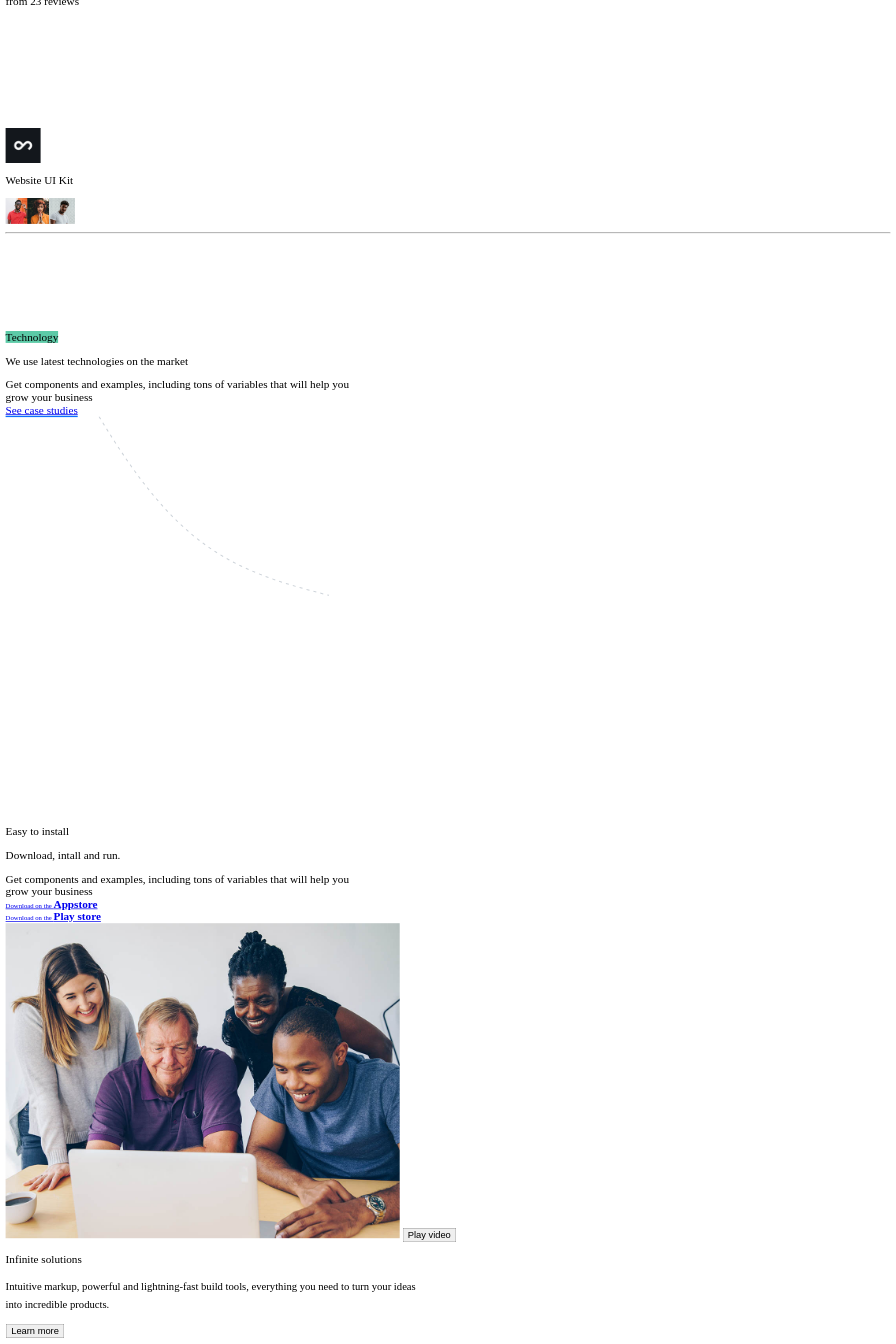
Repository: brandonc16/odoo-task
Page: components/hero.html
An editor plug-in stored every save of this project. The page is shown before and after the next save, followed by the edit.
The browser window is 1280 px wide. The pictures show the part of the page from y = 3417 to 5337 px (the page is 5337 px tall), at 70% of full size.

Above is the page before, as saved 2026-03-16 06:05:32.

### components/hero.html
<!-- SECTION CARD  -->
<div class="bg-primary text-white hero-style pb-10">
  <div class="pt-5">
    <div class="row align-items-center px-lg-10">
      <div class="col-12 col-lg-6 mb-5 mb-lg-0">
        <p class="display-4 fw-bold mb-4">Development done right</p>
        <p
          class="mb-4 text-white-50"
          style="font-size: 1.1rem; max-width: 400px"
        >
          Build a beautiful, modern website with flexible components built from
          scratch.
        </p>
        <button
          class="btn btn-light text-primary rounded-2 d-inline-flex align-items-center gap-2 fw-bold px-4 py-2 mb-5"
        >
          Get started <span class="fs-5">+</span>
        </button>

        <div class="d-flex align-items-center gap-4 flex-wrap mt-3">
          <span class="small text-white-50">Trusted by:</span>
          <span class="fw-bold d-flex align-items-center gap-1"
            ><i class="bi bi-google"></i>Google</span
          >
          <span class="fw-bold d-flex align-items-center gap-1"
            ><i class="bi bi-spotify"></i>Spotify</span
          >
          <span class="fw-bold fs-5">airbnb</span>
          <span class="fw-bold d-flex align-items-center gap-1"
            ><i class="bi bi-paypal"></i>PayPal</span
          >
        </div>
      </div>
      <div class="col-12 col-lg-6">
        <div
          class="card bg-white border-0 shadow-lg p-4 text-dark"
          style="
            border-radius: 1.5rem 1.5rem 4.5rem 1.5rem;
            max-width: 420px;
            margin: 0 auto;
          "
        >
          <div class="d-flex justify-content-between align-items-center mb-4">
            <p class="fw-bold" style="font-size: 0.85rem">Manage cards</p>
            <button
              class="btn btn-outline-secondary btn-sm px-3 rounded-2"
              style="font-size: 0.85rem"
            >
              Add new
            </button>
          </div>
          <div
            class="bg-card-dark text-white p-4 mb-4 shadow-sm"
            style="border-radius: 1rem"
          >
            <div class="d-flex justify-content-between align-items-start mb-4">
              <div class="d-flex">
                <a class="navbar-brand fw-fold fs-3" href="#">
                  <img
                    src="/assets/mastercard.svg"
                    alt="Odoo logo"
                    height="35"
                    class="d-inline-block align-text-top"
                  />
                </a>
              </div>
              <p
                class="badge bg-success text-success text-white border border-success border-opacity-25 px-2 py-1"
              >
                Active
              </p>
            </div>
            <p
              class="text-white-50 mb-1"
              style="font-size: 0.6rem; letter-spacing: 1px"
            >
              CARD NUMBER
            </p>
            <p class="mb-4" style="letter-spacing: 2px">
              4358 - 7421 - 9256 -6682
            </p>

            <div class="d-flex justify-content-between">
              <div>
                <p
                  class="text-white-50 mb-0"
                  style="font-family: 0.6rem; letter-spacing: 1px"
                >
                  NAME
                </p>
                <p class="mb-0 fw-bold small">John Snow</p>
              </div>
              <div>
                <p
                  class="text-white-50 mb-0"
                  style="font-family: 0.6rem; letter-spacing: 1px"
                >
                  EXPIRY DATE
                </p>
                <p class="mb-0 fw-bold small">11/23</p>
              </div>
            </div>
          </div>

          <div class="justify-content-between align-items-center mb-2">
            <div class="d-flex justify-content-between">
              <p class="mb-0 fw-bold">Starbucks</p>

              <span class="text-muted">$5,50 USD</span>
            </div>
            <p class="mb-0 text-muted" style="font-size: 0.85rem">
              Pending - San Francisco, United States
            </p>
            <hr
              class="text-secondary justify-content-between align-items-center mb-4"
            />

            <div class="d-flex justify-content-between">
              <p class="mb-0 fw-bold">Nike Sports</p>

              <span class="text-muted">$129,00 USD </span>
            </div>
            <p class="mb-0 text-muted" style="font-size: 0.85rem">
              Pending - Lisbon, Portugal
            </p>
            <hr
              class="text-secondary justify-content-between align-items-center mb-4"
            />

            <a href="#" class="text-decoration-underline text-primary"
              >View all</a
            >
          </div>
        </div>
      </div>
    </div>
  </div>
</div>
<!-- SECTION TOOLS -->

<div class="py-5 my-5">
  <div class="px-lg-10">
    <div class="row align-items-center">
      <div class="col-12 col-lg-6 mb-5 mb-lg-0">
        <div
          class="card border border-light border-1 shadow-sm p-4 p-lg-5 rounded-3 position-relative mt-n4 mt-lg-n5"
        >
          <div style="width: 90%">
            <p class="fw-bold mb-4 display-6">Awesome Projects</p>
            <div class="mb-4 p-3">
              <p class="fw-bold mb-2" style="font-size: 0.95">
                Create the new logo
              </p>
              <div class="progress rounded-pill" style="height: 6px">
                <div class="progress-bar- bg-warning" style="width: 45%"></div>
              </div>
            </div>
            <div class="mb-4 p-3">
              <p class="fw-bold mb-2" style="font-size: 0.95">
                Set up the color palette
              </p>
              <div class="progress rounded-pill" style="height: 6px">
                <div class="progress-bar- bg-warning" style="width: 60%"></div>
              </div>
            </div>

            <div class="mb-2 p-3">
              <div
                class="d-flex justify-content-between align-items-center mb-2"
              >
                <span class="fw-bold" style="font-size: 0.95rem">
                  Wireframe and prototype</span
                >
                <span style="font-size: 0.86rem"
                  >6:50 <i class="bi bi-chevron-right small"></i
                ></span>
              </div>

              <div class="progress rounded-pill" style="height: 6px">
                <div class="progress-bar- bg-warning" style="width: 80%"></div>
              </div>
            </div>
          </div>
        </div>
      </div>

      <div
        class="col-12 col-lg-5 offset-lg-1 text-center text-lg-start mt-5 mt-lg-0"
      >
      <span
      class="badge bg-warning text-white px-3 py-2 rounded-pill mb-4 fs-6"
    >
     Tools
    </span>
        <p class="display-5  mb-4">
          We build for designers and developers

        </p>
        <p
          class="text-muted fs-5 mb-3"
          style="max-width: 500px; margin: 0 auto"
        >
          Get components and examples, including tons of variables that will
          help you grow your bussines.
        </p>

        <div
          class="mt-4 mt-lg-5"
          style="width: 100%; max-width: 400px; z-index: 2"
        >
          <div class="rounded-2 overflow-hidden shadow-sm position-relative">
            <img
              src="/assets/img_01.jpg"
              alt="Team working"
              height="55"
              class="img-fluid w-100"
              style="height: 200px; object-fit: cover"
            />
            <button
              class="btn btn-light position-absolute top-0 end-0 m-3 fw-bold shadow-sm d-flex align-items-center gap-2 rounded-3"
            >
              Play video <i class="bi bi-play-fill"></i>
            </button>
          </div>
        </div>
      </div>
    </div>
  </div>
</div>

<svg
  class="position-absolute"
  style="
    top: 167%;
    left: 25%;
    z-index: 0;
    pointer-events: none;
    width: 50%;
    height: 83%;
  "
  viewBox="0 0 500 800"
  fill="none"
  xmlns="http://www.w3.org/2000/svg"
>
  <path
    d="M0,0 C150,250 250,300 450,350"
    stroke="#ced4da"
    stroke-width="2"
    stroke-dasharray="6 8"
    fill="none"
  />

  <!--   <path
    d="M400,600 C300,750 250,850 100,1000"
    stroke="#ced4da"
    stroke-width="2"
    stroke-dasharray="6 8"
    fill="none"
  /> -->
</svg>

<!-- SECTION FEATURES -->

<div class="py-5 my-5 position-relative overflow-hidden">
  <div class="row px-lg-10 align-items-center">
    <div class="col-12 col-lg-5 mb-5 mb-lg-0">
      <span
        class="badge text-white px-3 py-2 rounded-pill mb-4 fs-6"
        style="background-color: #5ccaa7"
      >
        Features
      </span>


      <p class="display-6 mb-4">
        Get components and examples, including tons of variables that will help
        you grow your business.

      </p>


      <div class="d-flex flex-column gap-3">
        <div class="d-flex align-items-center gap-3">
          <i class="bi bi-check-circle-fill fs-5" style="color: #5ccaa7"></i>
          <p class="fw-medium mt-3" style="color: #5ccaa7">
            Perfect for modern startups
          </p>
        </div>
      </div>
      <div class="d-flex flex-column gap-3">
        <div class="d-flex align-items-center gap-3">
          <i class="bi bi-check-circle-fill fs-5" style="color: #5ccaa7"></i>
          <p class="fw-medium mt-3" style="color: #5ccaa7">
            Fully customizable and scalable
          </p>
        </div>
      </div>
    </div>

    <div class="col-12 col-lg-6 offset-lg-1">
      <div class="position-relative shadow-lg rounded-3 overflow-hidden;">
        <img
          src="/assets/img_02.jpg"
          alt="Team working"
          height="auto"
          class="img-fluid w-100"
          style="height: 450px; object-fit: cover"
        />
        <button
          class="btn btn-light position-absolute top-0 end-0 m-3 fw-bold shadow-sm d-flex align-items-center gap-2 rounded-3"
        >
          Play video <i class="bi bi-play-fill"></i>
        </button>
      </div>
    </div>
  </div>
</div>

<!-- Section technology -->

<svg
  class="position-absolute"
  style="
    top: 243%;
    left: 25%;
    z-index: 0;
    pointer-events: none;
    width: 50%;
    height: 83%;
    transform: scaleX(-1);
  "
  viewBox="0 0 500 800"
  fill="none"
  xmlns="http://www.w3.org/2000/svg"
>
  <path
    d="M0,0 C150,250 250,300 450,350"
    stroke="#ced4da"
    stroke-width="2"
    stroke-dasharray="6 8"
    fill="none"
  />
</svg>

<!-- section technology -->

<div class="py-5 my-5 position-relative overflow-hidden">
  <div class="px-lg-10 position-relative" style="z-index: 1">
    <div class="row align-items-center">
      <div class="col-12 col-lg-6 mb-5 mb-lg-0">
        <div class="row g-4 align-items-center">
          <div class="col-12 col-sm-6">
            <div class="card border-0 shadow-sm rounded-2 overflow-hidden">
              <img src="/assets/person_03.jpg" alt="JH" style="height: 300px; object-fit: cover" />

              <div
                class="card-body d-flex align-items-center justify-content-between p-4"
              >
                <div class="d-flex align-items-center gap-2">
                  <div
                    class="rounded-circle bg-warning text-white d-flex align-items-center justify-content-center fw-bold"
                    style="width: 35px; height: 35px; font-size: 0.8rem"
                  >
                    JH
                  </div>
                  <span class=" mb-0" style="font-size: 0.9">
                    Jimmy Hendrix</span
                  >
                </div>
                <i class="bi bi-heart" style="cursor: pointer"></i>
              </div>

            </div>

            <div class="card border-0 shadow-sm rounded4 p-3 d-lfex flex-row align-items-center gap-3 mt-5">
              <div class="rounded-circle bg-success bg-opacity-50 text-white d-flex align-items-center justify-content-center flex shrink-0"
              style="width: 45px; height:45px">
             <i class="bi bi-check-lg fs-5"></i>
             </div>
             <div>
               <p class=" mb-0" style="font-size: 0.95">
                 300 + components
               </p>
               <p class="text-muted mb-0" style="font-size: 0.8rem">
                 Built to be customized
               </p>
             </div>
             </div>

          </div>




            <div class="col-12 col-sm-6 mt-sm-5">
              <div
                class="card border border-light border-1 shadow-sm rounded-3 mb-4 p-4 text-center d-flex flex-column justify-content-center"
                style="min-height: 290px"
              >
                <div class="mb-3 fs-4 fw-bold">
                  <img src="/assets/airbnb.svg" alt="airbnb logo" style="height: 50px" />
                </div>
                <div
                  class="text-warining mb-2 fs-6 gap-1 d-flex justify-content-center"
                >
                  <i class="bi bi-star-fill text-warning"></i>
                  <i class="bi bi-star-fill text-warning"></i>
                  <i class="bi bi-star-fill text-warning"></i>
                  <i class="bi bi-star-fill text-warning"></i>
                  <i class="bi bi-star text-secondary"></i>
                </div>
                <p class=" mb-1">4.95 out of 5 stars</p>
                <p class="text-muted mb-0">from 23 reviews</p>
              </div>

              <div
                class="card border border-light border-1 shadow-sm rounded-3 mb-4 p-4 text-center d-flex flex-column justify-content-center"
                style="min-height: 290px"
              >
                <div
                  class="rounded-circle bg-dark text-white mx-auto d-flex align-items-center justify-content-center mb-3"
                  style="width: 50px; height: 50"
                >
                <img src="/assets/company_01.png" class="rounded-circle" alt="airbnb logo" style="height: 50px" />
                </div>
                <div
                  class="text-warining mb-2 fs-6 gap-1 d-flex justify-content-center"
                >
                  <p class=" mb-3">Website UI Kit</p>
                </div>

                <div class="d-flex justify-content-center m-b">
                  <img
                  src="/assets/person_01.jpg"
                    alt="img"
                    class="rounded-circle border border-2 border-white"
                    style="
                      width: 37px;
                      height: 37px;
                      margin-right: -10px;
                      z-index: 3;
                    "
                  />
                  <img
                  src="/assets/person_02.jpg"
                    alt="img"
                    class="rounded-circle border border-2 border-white"
                    style="
                      width: 37px;
                      height: 37px;
                      margin-right: -10px;
                      z-index: 3;
                    "
                  />
                  <img
                  src="/assets/person_03.jpg"
                  alt="img"
                  class="rounded-circle border border-2 border-white"
                  style="
                    width: 37px;
                    height: 37px;
                    margin-right: -10px;
                    z-index: 3;
                  "
                />
                </div>
                <hr
                class="text-secondary justify-content-between align-items-center "
              />
                <div
                  class="d-flex justify-content-center gap-4 text-muted small mt-auto pt-2"
                >
                  <i class="bi bi-paperclip" style="cursor: pointer"></i>
                  <i class="bi bi-eye" style="cursor: pointer"></i>
                  <i class="bi bi-heart" style="cursor: pointer"></i>
                </div>
              </div>
            </div>
          </div>
        </div>
        <div
          class="col-12 col-lg-5 offset-lg-1 mt-5 mt-lg-0 text-center text-lg-start"
        >
          <span
            class="badge bg-primary text-white px-3 py-2 rounded-pill mb-4 fs-6"
            style="background-color: #5ccaa7"
          >
            Technology
          </span>


          <p class="display-5 mb-4">We use latest technologies on the market</p>

          <p
            class="text-muted fs-5 mb-4"
            style="max-width: 500px; margin: 0 auto 0 0"
          >
            Get components and examples, including tons of variables that will
            help you grow your business
          </p>
          <a
            href="#"
            class="text-primary text-decoration-none fw-medium pb-1"
            style="border-bottom: 2px solid #0d6efd"
            >See case studies</a
          >
        </div>


        </div>
      </div>

</div>

<svg
  class="position-absolute"
  style="
    top: 320%;
    left: 25%;
    z-index: 0;
    pointer-events: none;
    width: 50%;
    height: 83%;
  "
  viewBox="0 0 500 800"
  fill="none"
  xmlns="http://www.w3.org/2000/svg"
>
  <path
    d="M0,0 C150,250 250,300 450,350"
    stroke="#ced4da"
    stroke-width="2"
    stroke-dasharray="6 8"
    fill="none"
  />

  <!--   <path
    d="M400,600 C300,750 250,850 100,1000"
    stroke="#ced4da"
    stroke-width="2"
    stroke-dasharray="6 8"
    fill="none"
  /> -->
</svg>

<!-- section install -->

<div class="py-5 my-5 position-relative overflow-hidden">
  <div class="row px-lg-10 align-items-center">
    <div class="col-12 col-lg-5 mb-5 mb-lg-0">
      <span
        class="badge bg-warning text-white px-3 py-2 rounded-pill mb-4 fs-6"

      >
       Easy to install
      </span>

      <p class="display-6 mb-4"> Download, intall and run.</p>
      <p
      class="text-muted fs-5 mb-4"
      style="max-width: 500px; margin: 0 auto 0 0"
    >
      Get components and examples, including tons of variables that will
      help you grow your business
    </p>

      <div class="d-flex flex-wrap gap-3">
        <a href="#" class="btn btn-dark btn-lg px-4 d-flex align-items-center">
          <i class="bi bi-apple me-2 fs-2"></i>
          <div class="text-start">
            <small class="d-block" style="font-size:0.6rem">Download on the </small>
            <strong>Appstore</strong>
          </div>

        </a>
        <a href="#" class="btn btn-dark btn-lg px-4 d-flex align-items-center">
          <i class="bi bi-google-play me-2 fs-2"></i>
          <div class="text-start">
            <small class="d-block" style="font-size:0.6rem">Download on the </small>
            <strong>Play store</strong>
          </div>

        </a>
      </div>
    </div>

    <div class="col-12 col-lg-6 offset-lg-1">
      <div class="position-relative shadow-lg rounded-3 overflow-hidden;">
        <img
          src="/assets/img_03.jpg"
          alt="Team working"
          height="auto"
          class="img-fluid w-100"
          style="height: 450px; object-fit: cover"
        />
        <button
          class="btn btn-light position-absolute top-0 end-0 m-3 fw-bold shadow-sm d-flex align-items-center gap-2 rounded-3"
        >
          Play video <i class="bi bi-play-fill"></i>
        </button>
      </div>
    </div>
  </div>
</div>

<!-- section call to action  -->

<div class="px-lg-10 py-5 my-5">
    <div class="bg-card-dark text-white p-4 p-lg-5 shadow-lg" style="border-radius:0 5rem 0 5rem; ">
      <div class="row align-items-center p-lg-3">
        <div class="col-12 col-lg-8 mb-4  mb-lg-0">
          <p class="fw-bold mb-3 fs-2">Infinite solutions</p>
      <p class="text-white-50 mb-0" style="max-width:600px; line-height:1.6rem; font-size:0.95rem">
        Intuitive markup, powerful and lightning-fast build tools,
        everything you need to turn your ideas into incredible products.</p>
        </div>
        <div class="col-12 col-lg-4 text-start text-lg-end">
          <button class="btn btn-light text-dark fw-bold px-4 py-2 rounded-2 d-inline-flex align-items-center gap-2 ">
            Learn more <i class="bi bi-arrow-right"></i>
          </button>
        </div>
      </div>

    </div>
</div>

After the next save:
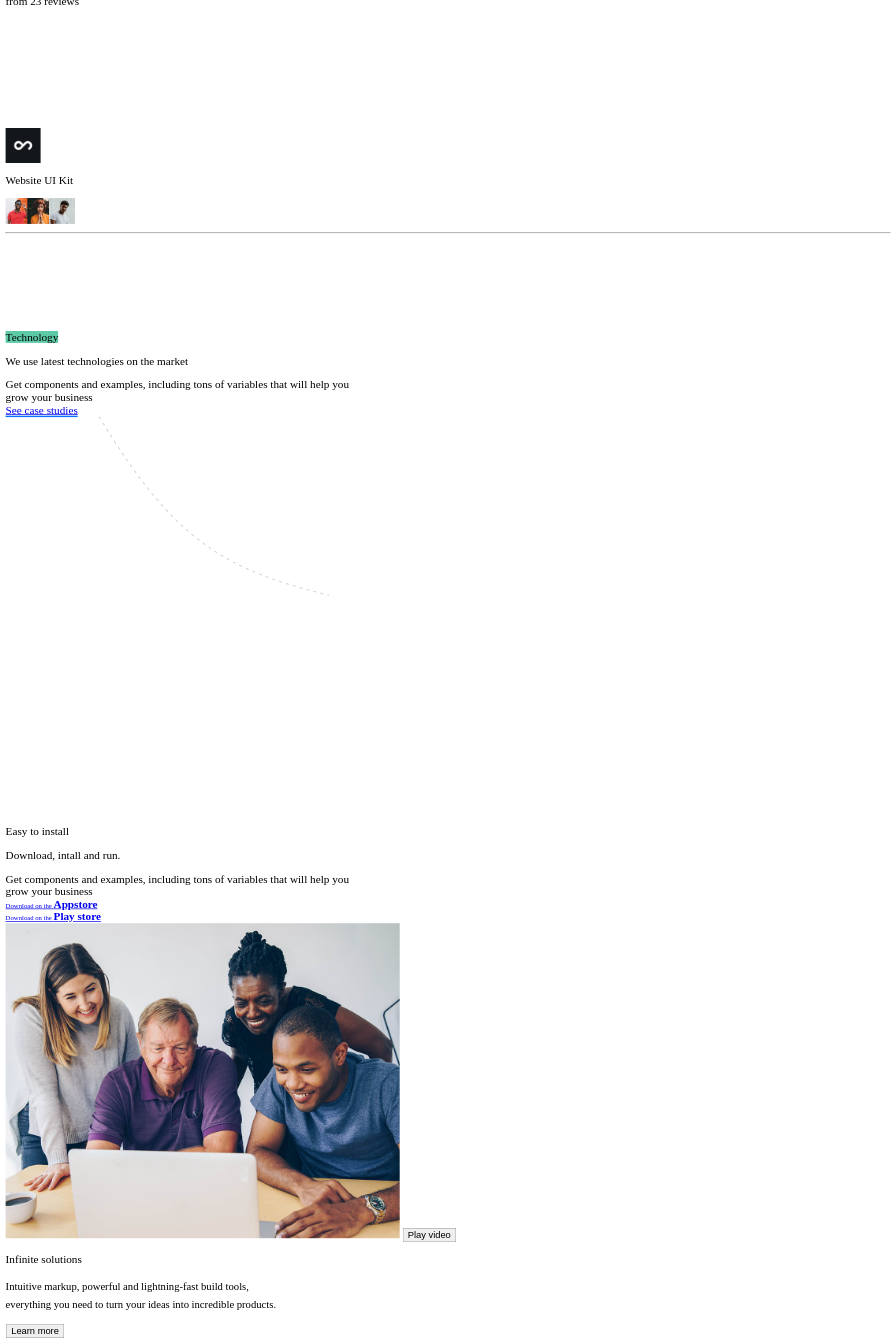
Saved 32 s later.
--- a/components/hero.html
+++ b/components/hero.html
@@ -610,8 +610,8 @@
       <div class="row align-items-center p-lg-3">
         <div class="col-12 col-lg-8 mb-4  mb-lg-0">
           <p class="fw-bold mb-3 fs-2">Infinite solutions</p>
-      <p class="text-white-50 mb-0" style="max-width:600px; line-height:1.6rem; font-size:0.95rem">
-        Intuitive markup, powerful and lightning-fast build tools,
+      <p class="text-white mb-0" style="max-width:600px; line-height:1.6rem; font-size:0.95rem">
+        Intuitive markup, powerful and lightning-fast build tools, <br>
         everything you need to turn your ideas into incredible products.</p>
         </div>
         <div class="col-12 col-lg-4 text-start text-lg-end">
